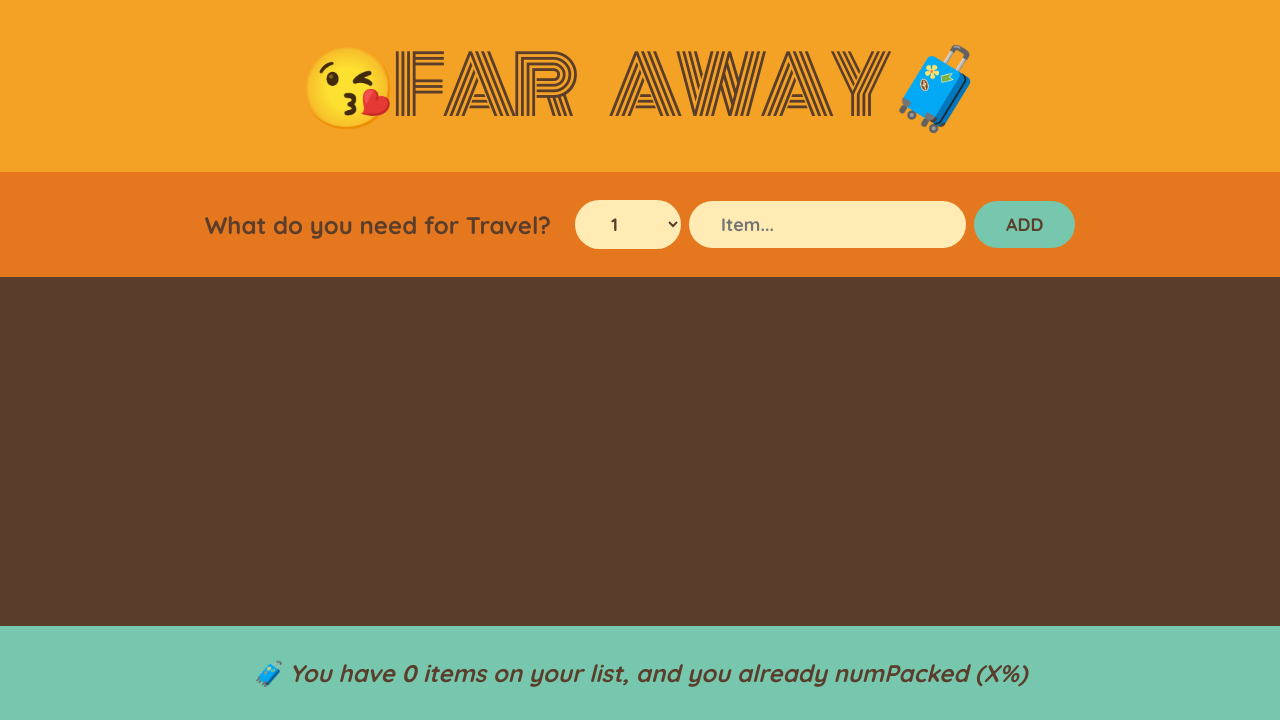
Repository: masamichan/Travel-list
Page: /
The author's editor kept a copy of each file at every save. The page is drawn from the files as they stood at one save, then again after the next save.
The browser window is 1280 px wide. The pictures show the whole page.
The project was rebuilt for these pictures with package versions that can differ from the ones it lists, and the page was loaded fresh each time.

Above is the page before, as saved 2024-01-06 12:46:43.

After the next save:
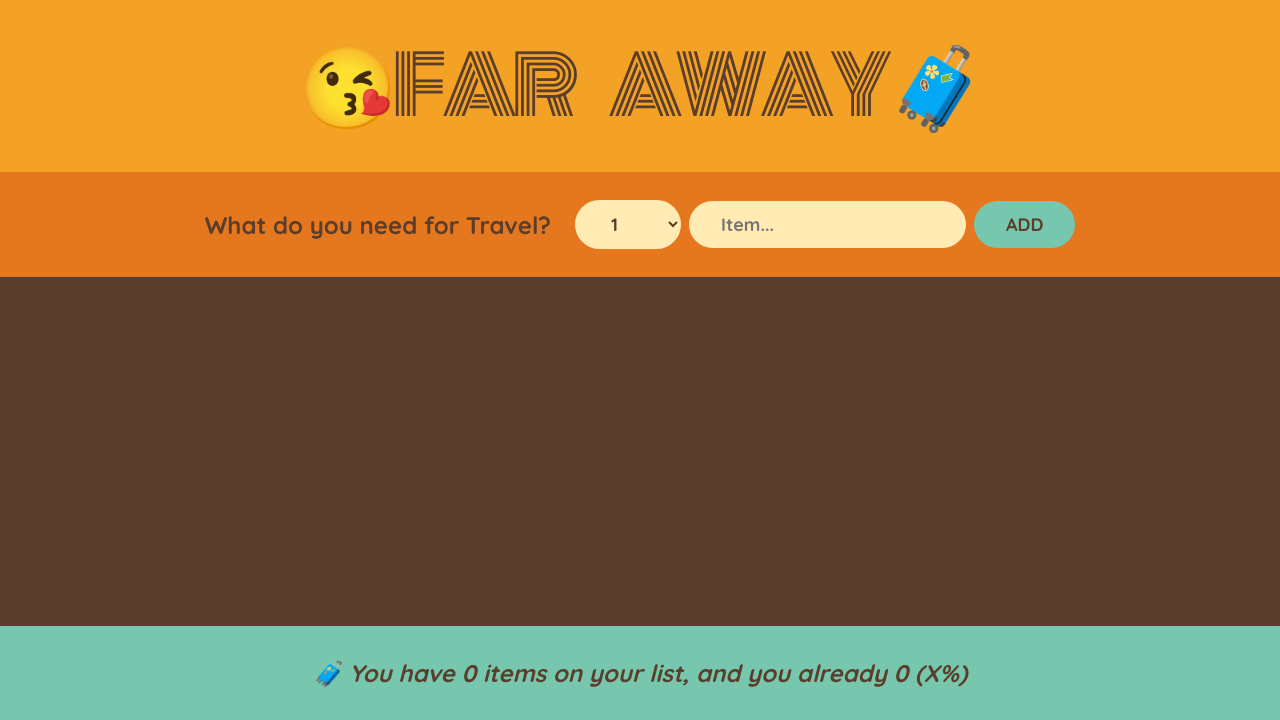
Saved 12 s later.
--- a/src/App.js
+++ b/src/App.js
@@ -119,7 +119,7 @@
     <footer className="stats">
       <em>
         🧳 You have {numItems} items on your list, and you already {""}
-        numPacked (X%)
+        {numPacked} (X%)
       </em>
     </footer>
   );
